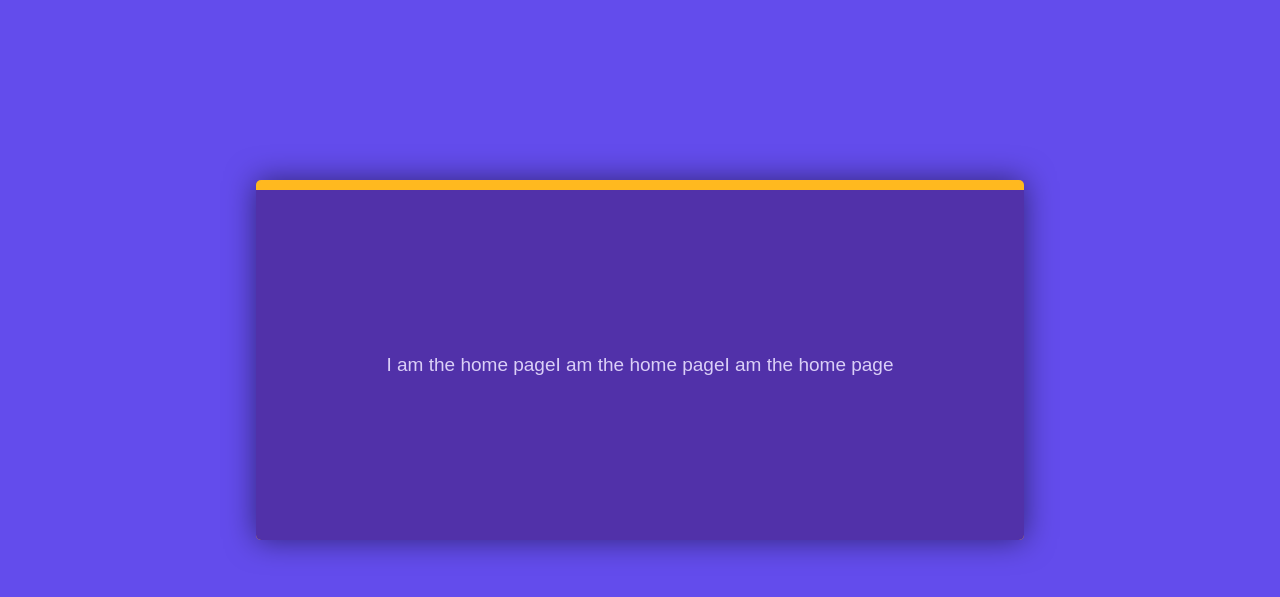
Repository: realistmccoy/browsertab
Page: /
The author's editor kept a copy of each file at every save. The page is drawn from the files as they stood at one save, then again after the next save.
The browser window is 1280 px wide. The pictures show the whole page.
The project was rebuilt for these pictures with package versions that can differ from the ones it lists, and the page was loaded fresh each time.

Above is the page before, as saved 2020-12-21 20:23:58.

After the next save:
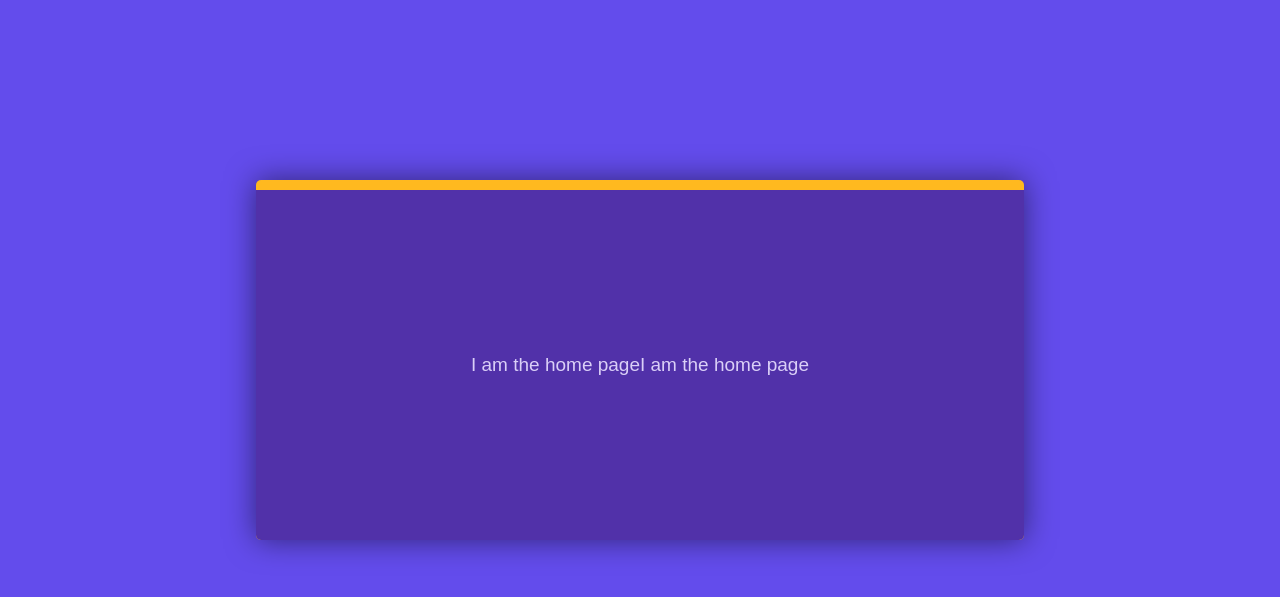
Saved 4 s later.
--- a/src/App.js
+++ b/src/App.js
@@ -16,7 +16,7 @@ function App() {
           <Route path='/'>
           <Home />
           </Route>
-          <Route path='/'>
+          <Route path='/about'>
           <Home />
           </Route>
           <Route path='/'>
